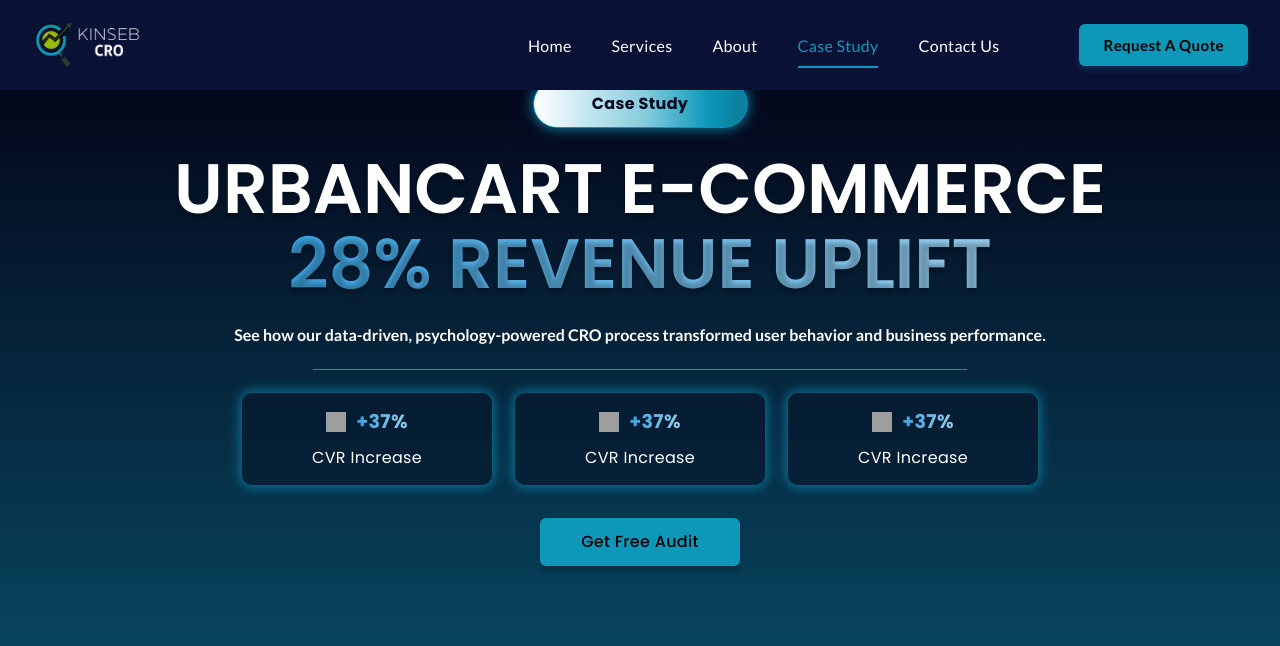
Repository: YahyaK01/kinseb
Page: /case-study
These files come from the project's save history. The page is drawn as it stood at one moment and after the next save; the edit follows.
The browser window is 1280 px wide. The pictures show the part of the page from y = 0 to 646 px (the page is 3752 px tall before and 3813 px after).
Pictures or frames that could not be fetched are drawn as grey boxes. The project was rebuilt for these pictures with package versions that can differ from the ones it lists, and the page was loaded fresh each time. Also part of the build but not shown: src/components/FAQ.js, src/components/CTA.jsx, src/components/MetricsSection.jsx, src/components/WhyCROMatter.jsx, src/components/Processsection.jsx, src/components/Hero.jsx, src/components/marquee.jsx, src/components/CEO.jsx and 33 more.

Above is the page before, as saved 2025-12-12 22:46:03.

### public/index.html
<!DOCTYPE html>
<html lang="en">
  <head>
    <meta charset="utf-8" />
    <link rel="icon" href="/images/website-logo.png" />
    <meta name="viewport" content="width=device-width, initial-scale=1" />
    <meta name="theme-color" content="#000000" />
    <meta
      name="description"
      content="Kinseb CRO - Your trusted partner for Conversion Rate Optimization. We specialize in data-driven CRO strategies, A/B testing, user experience optimization, and conversion funnel analysis to maximize your website's performance and ROI."
    />
    <meta name="keywords" content="conversion rate optimization, CRO services, A/B testing, conversion funnel optimization, user experience optimization, website optimization, Kinseb CRO, landing page optimization, conversion strategy, increase conversions" />
    <meta name="author" content="Kinseb CRO" />
    <meta property="og:title" content="Kinseb CRO - Conversion Rate Optimization Experts" />
    <meta property="og:description" content="Your trusted partner for data-driven Conversion Rate Optimization. We help businesses maximize their website conversions through strategic testing and optimization." />
    <meta property="og:image" content="/images/website-logo.png" />
    <meta property="og:type" content="website" />
    <meta name="twitter:card" content="summary_large_image" />
    <meta name="twitter:title" content="Kinseb CRO - Conversion Rate Optimization Experts" />
    <meta name="twitter:description" content="Your trusted partner for data-driven Conversion Rate Optimization. Turn more visitors into customers with strategic testing and optimization." />
    <meta name="twitter:image" content="/images/logo.png" />
    <link rel="apple-touch-icon" href="/images/logo.png" />

    <!-- Preconnect to Google Fonts (speeds up font loading) -->
    <link rel="preconnect" href="https://fonts.googleapis.com">
    <link rel="preconnect" href="https://fonts.gstatic.com" crossorigin>

    <!-- Async load fonts (non-blocking - won't delay page render) -->
    <link rel="preload" as="style" href="https://fonts.googleapis.com/css2?family=Poppins:wght@300;400;500;600;700&display=swap" onload="this.onload=null;this.rel='stylesheet'">
    <link rel="preload" as="style" href="https://fonts.googleapis.com/css2?family=Lato:wght@100;300;400;700;900&display=swap" onload="this.onload=null;this.rel='stylesheet'">

    <!-- Fallback for browsers without JavaScript -->
    <noscript>
      <link rel="stylesheet" href="https://fonts.googleapis.com/css2?family=Poppins:wght@300;400;500;600;700&display=swap">
      <link rel="stylesheet" href="https://fonts.googleapis.com/css2?family=Lato:wght@100;300;400;700;900&display=swap">
    </noscript>

    <!--
      manifest.json provides metadata used when your web app is installed on a
      user's mobile device or desktop. See https://developers.google.com/web/fundamentals/web-app-manifest/
    -->
    <link rel="manifest" href="%PUBLIC_URL%/manifest.json" />
    <!--
      Notice the use of %PUBLIC_URL% in the tags above.
      It will be replaced with the URL of the `public` folder during the build.
      Only files inside the `public` folder can be referenced from the HTML.

      Unlike "/favicon.ico" or "favicon.ico", "%PUBLIC_URL%/favicon.ico" will
      work correctly both with client-side routing and a non-root public URL.
      Learn how to configure a non-root public URL by running `npm run build`.
    -->
    <title>Kinseb CRO - Conversion Rate Optimization Experts</title>
  </head>
  <body>
    <noscript>You need to enable JavaScript to run this app.</noscript>
    <div id="root"></div>
    <!--
      This HTML file is a template.
      If you open it directly in the browser, you will see an empty page.

      You can add webfonts, meta tags, or analytics to this file.
      The build step will place the bundled scripts into the <body> tag.

      To begin the development, run `npm start` or `yarn start`.
      To create a production bundle, use `npm run build` or `yarn build`.
    -->
  </body>
</html>

### src/components/casestudieshero.jsx
// components/CaseStudyHero.jsx
import React, { useState, useEffect, useRef } from 'react';

const CaseStudyHero = ({ slug }) => {
  const [windowWidth, setWindowWidth] = useState(window.innerWidth);
  const [isLoaded, setIsLoaded] = useState(false);
  const heroRef = useRef(null);

  const heroData = {
    'personalization-engine-transforms-user-experience': {
      category: 'Case Study',
      title: 'PERSONALIZATION ENGINE TRANSFORMS USER EXPERIENCE',
      titleHighlight: '37% CONVERSION RATE',
      subtitle: 'See how our data-driven, psychology-powered CRO process transformed user behavior and business performance.',
      metrics: [
        { value: '+37%', label: 'CVR Increase', icon: 'images/icons/chart-icon.png' },
        { value: '+156%', label: 'Revenue Growth', icon: 'images/icons/chart-icon.png' },
        { value: '2.3x', label: 'User Engagement', icon: 'images/icons/chart-icon.png' }
      ]
    },
    'e-commerce-revenue-uplift-through-testing': {
      category: 'Case Study',
      title: 'URBANCART E-COMMERCE',
      titleHighlight: '28% REVENUE UPLIFT',
      subtitle: 'See how our data-driven, psychology-powered CRO process transformed user behavior and business performance.',
      metrics: [
        { value: '+37%', label: 'CVR Increase', icon: 'images/icons/chart-icon.png' },
        { value: '+37%', label: 'CVR Increase', icon: 'images/icons/chart-icon.png' },
        { value: '+37%', label: 'CVR Increase', icon: 'images/icons/chart-icon.png' }
      ]
    },
    'saas-lead-generation-conversion-breakthrough': {
      category: 'Case Study',
      title: 'SAAS LEAD GENERATION',
      titleHighlight: '3X CONVERSION BREAKTHROUGH',
      subtitle: 'See how our data-driven, psychology-powered CRO process transformed user behavior and business performance.',
      metrics: [
        { value: '3x', label: 'Lead Generation', icon: 'images/icons/chart-icon.png' },
        { value: '+214%', label: 'Form Conversion', icon: 'images/icons/chart-icon.png' },
        { value: '-47%', label: 'Cost Per Lead', icon: 'images/icons/chart-icon.png' }
      ]
    },
    'fashion-retailer-cart-abandonment-solution': {
      category: 'Case Study',
      title: 'FASHION RETAILER',
      titleHighlight: 'CART ABANDONMENT SOLUTION',
      subtitle: 'See how our data-driven, psychology-powered CRO process transformed user behavior and business performance.',
      metrics: [
        { value: '-68%', label: 'Cart Abandonment', icon: 'images/icons/chart-icon.png' },
        { value: '+42%', label: 'Checkout Completion', icon: 'images/icons/chart-icon.png' },
        { value: '$2.3M', label: 'Revenue Recovered', icon: 'images/icons/chart-icon.png' }
      ]
    },
    'mobile-app-engagement-revolution': {
      category: 'Case Study',
      title: 'MOBILE APP',
      titleHighlight: 'ENGAGEMENT REVOLUTION',
      subtitle: 'See how our data-driven, psychology-powered CRO process transformed user behavior and business performance.',
      metrics: [
        { value: '2.3x', label: 'User Retention', icon: 'images/icons/chart-icon.png' },
        { value: '+128%', label: '30-Day Retention', icon: 'images/icons/chart-icon.png' },
        { value: '+141%', label: 'Daily Active Users', icon: 'images/icons/chart-icon.png' }
      ]
    },
    'enterprise-pipeline-growth-strategy': {
      category: 'Case Study',
      title: 'ENTERPRISE PIPELINE',
      titleHighlight: '+179% GROWTH STRATEGY',
      subtitle: 'See how our data-driven, psychology-powered CRO process transformed user behavior and business performance.',
      metrics: [
        { value: '+179%', label: 'Pipeline Growth', icon: 'images/icons/chart-icon.png' },
        { value: '-25%', label: 'Sales Cycle Length', icon: 'images/icons/chart-icon.png' },
        { value: '+35%', label: 'Close Rate', icon: 'images/icons/chart-icon.png' }
      ]
    }
  };

  const data = heroData[slug] || heroData['e-commerce-revenue-uplift-through-testing'];

  useEffect(() => {
    const handleResize = () => {
      setWindowWidth(window.innerWidth);
    };
    window.addEventListener('resize', handleResize);
    return () => window.removeEventListener('resize', handleResize);
  }, []);

  useEffect(() => {
    const observer = new IntersectionObserver(
      (entries) => {
        entries.forEach((entry) => {
          if (entry.isIntersecting) {
            setIsLoaded(true);
          }
        });
      },
      { threshold: 0.1 }
    );

    if (heroRef.current) {
      observer.observe(heroRef.current);
    }

    return () => {
      if (heroRef.current) {
        observer.unobserve(heroRef.current);
      }
    };
  }, []);

  return (
    <div
      ref={heroRef}
      style={{
        width: '100%',
        minHeight: windowWidth <= 768 ? '500px' : '616px',
        background: 'linear-gradient(180deg, #04091D 16.18%, #0D98BA 219.08%)',
        display: 'flex',
        justifyContent: 'center',
        alignItems: 'center',
        padding: windowWidth <= 768 ? '60px 20px' : '80px 40px',
        position: 'relative',
        overflow: 'hidden'
      }}
    >
      {/* Main Content Container */}
      <div style={{
        display: 'flex',
        flexDirection: 'column',
        justifyContent: 'center',
        alignItems: 'center',
        padding: '0px',
        gap: '23px',
        width: '100%',
        maxWidth: '954px',
        opacity: isLoaded ? 1 : 0,
        transform: isLoaded ? 'translateY(0)' : 'translateY(30px)',
        transition: 'opacity 0.8s ease-out, transform 0.8s ease-out'
      }}>
        {/* Case Study Badge */}
        <div style={{
          boxSizing: 'border-box',
          display: 'flex',
          justifyContent: 'center',
          alignItems: 'center',
          padding: '10px 24px',
          width: windowWidth <= 768 ? '180px' : '215px',
          height: '48px',
          background: 'linear-gradient(90deg, #FFFFFF 0%, #85CCDD 52.41%, #0D98BA 81.55%, #0B829F 95.26%)',
          border: '1px solid #0D94BB',
          boxShadow: '0px 0px 12px 2px rgba(13, 148, 187, 0.7)',
          borderRadius: '25px',
          cursor: 'default',
          opacity: isLoaded ? 1 : 0,
          transition: 'opacity 0.8s ease-out 0.2s'
        }}>
          <span style={{
            fontFamily: "'Poppins', sans-serif",
            fontWeight: 700,
            fontSize: '16px',
            lineHeight: '24px',
            letterSpacing: '0.02em',
            color: '#04091D'
          }}>
            {data.category}
          </span>
        </div>

        {/* Main Title */}
        <h1 style={{
          width: '100%',
          fontFamily: "'Poppins', sans-serif",
          fontWeight: 600,
          fontSize: windowWidth <= 768 ? '32px' : windowWidth <= 1024 ? '50px' : '70px',
          lineHeight: windowWidth <= 768 ? '38px' : windowWidth <= 1024 ? '56px' : '75px',
          textAlign: 'center',
          textTransform: 'uppercase',
          color: '#FFFFFF',
          textShadow: '0px 4px 4px rgba(0, 0, 0, 0.25)',
          margin: 0,
          opacity: isLoaded ? 1 : 0,
          transition: 'opacity 0.8s ease-out 0.3s'
        }}>
          {data.title}
          <br />
          <span style={{
            background: 'linear-gradient(263.69deg, #FFFFFF -108.11%, #3AA1DE 98.19%)',
            WebkitBackgroundClip: 'text',
            WebkitTextFillColor: 'transparent',
            backgroundClip: 'text'
          }}>
            {data.titleHighlight}
          </span>
        </h1>

        {/* Subtitle */}
        <p style={{
          width: '100%',
          maxWidth: '862px',
          fontFamily: "'Lato', sans-serif",
          fontWeight: 600,
          fontSize: windowWidth <= 768 ? '14px' : '16px',
          lineHeight: '22px',
          textAlign: 'center',
          color: '#FFFFFF',
          margin: 0,
          opacity: isLoaded ? 1 : 0,
          transition: 'opacity 0.8s ease-out 0.4s'
        }}>
          {data.subtitle}
        </p>

        {/* Divider Line */}
        <div style={{
          width: windowWidth <= 768 ? '80%' : '654px',
          height: '1px',
          background: '#0D98BA',
          borderRadius: '10px',
          opacity: isLoaded ? 1 : 0,
          transition: 'opacity 0.8s ease-out 0.5s'
        }} />

        {/* Metrics Cards */}
        <div style={{
          display: 'flex',
          flexDirection: windowWidth <= 768 ? 'column' : 'row',
          alignItems: windowWidth <= 768 ? 'center' : 'flex-start',
          padding: '0px',
          gap: '23px',
          width: '100%',
          maxWidth: windowWidth <= 768 ? '320px' : '796px',
          justifyContent: 'center'
        }}>
          {data.metrics.map((metric, index) => (
            <div
              key={index}
              style={{
                display: 'flex',
                flexDirection: 'column',
                justifyContent: 'center',
                alignItems: 'center',
                padding: '15px 20px',
                gap: '10px',
                width: windowWidth <= 768 ? '100%' : '250px',
                maxWidth: '250px',
                minHeight: '54px',
                background: 'rgba(4, 9, 29, 0.4)',
                boxShadow: '0px 0px 12px 2px rgba(13, 148, 187, 0.7)',
                borderRadius: '10px',
                opacity: isLoaded ? 1 : 0,
                transform: isLoaded ? 'translateY(0)' : 'translateY(20px)',
                transition: `opacity 0.8s ease-out ${0.6 + index * 0.1}s, transform 0.8s ease-out ${0.6 + index * 0.1}s`
              }}
            >
              {/* Icon and Value Row */}
              <div style={{
                display: 'flex',
                flexDirection: 'row',
                justifyContent: 'center',
                alignItems: 'center',
                padding: '0px',
                gap: '10px'
              }}>
                <img
                  src={metric.icon}
                  alt="Chart Icon"
                  style={{
                    width: '20px',
                    height: '20px'
                  }}
                  onError={(e) => {
                    e.currentTarget.style.display = 'none';
                  }}
                />
                <span style={{
                  fontFamily: "'Poppins', sans-serif",
                  fontWeight: 700,
                  fontSize: '19px',
                  lineHeight: '28px',
                  letterSpacing: '0.02em',
                  background: 'linear-gradient(263.69deg, #FFFFFF -108.11%, #3AA1DE 98.19%)',
                  WebkitBackgroundClip: 'text',
                  WebkitTextFillColor: 'transparent',
                  backgroundClip: 'text'
                }}>
                  {metric.value}
                </span>
              </div>

              {/* Label */}
              <span style={{
                fontFamily: "'Poppins', sans-serif",
                fontWeight: 400,
                fontSize: '16px',
                lineHeight: '24px',
                textAlign: 'center',
                letterSpacing: '0.02em',
                color: '#FFFFFF'
              }}>
                {metric.label}
              </span>
            </div>
          ))}
        </div>

        {/* Get Free Audit Button */}
        <button
          onClick={() => window.scrollTo({ top: document.body.scrollHeight, behavior: 'smooth' })}
          style={{
            display: 'flex',
            flexDirection: 'row',
            justifyContent: 'center',
            alignItems: 'center',
            padding: '10px 24px',
            gap: '10px',
            width: windowWidth <= 768 ? '180px' : '200px',
            height: '48px',
            background: '#0D98BA',
            boxShadow: '0px 4px 4px rgba(0, 0, 0, 0.25)',
            borderRadius: '6px',
            border: 'none',
            cursor: 'pointer',
            transition: 'all 0.3s ease',
            opacity: isLoaded ? 1 : 0,
            transform: isLoaded ? 'translateY(0)' : 'translateY(20px)',
            marginTop: '10px'
          }}
          onMouseEnter={(e) => {
            e.currentTarget.style.background = '#0B7A94';
            e.currentTarget.style.transform = 'translateY(-2px)';
            e.currentTarget.style.boxShadow = '0px 6px 8px rgba(0, 0, 0, 0.3)';
          }}
          onMouseLeave={(e) => {
            e.currentTarget.style.background = '#0D98BA';
            e.currentTarget.style.transform = 'translateY(0)';
            e.currentTarget.style.boxShadow = '0px 4px 4px rgba(0, 0, 0, 0.25)';
          }}
        >
          <span style={{
            fontFamily: "'Poppins', sans-serif",
            fontWeight: 500,
            fontSize: '16px',
            lineHeight: '24px',
            letterSpacing: '0.02em',
            color: '#000000'
          }}>
            Get Free Audit
          </span>
        </button>
      </div>
    </div>
  );
};

export default CaseStudyHero;

Loaded but not shown: src/index.js (common file); src/index.css (common file); src/reportWebVitals.js (common file); src/components/Footer.js (596 lines, source omitted); src/App.js (29 lines, source omitted); src/utils/slugify.js (17 lines, source omitted); src/Pages/CaseStudyPage.js (19 lines, source omitted); src/components/Navbar.jsx (1589 lines, source omitted); src/components/ContactForm.jsx (880 lines, source omitted); src/components/CaaseStudiesServices.jsx (429 lines, source omitted); src/components/CaseStudiesStats.jsx (298 lines, source omitted); src/components/CaseStudiesCta.jsx (175 lines, source omitted)

After the next save:
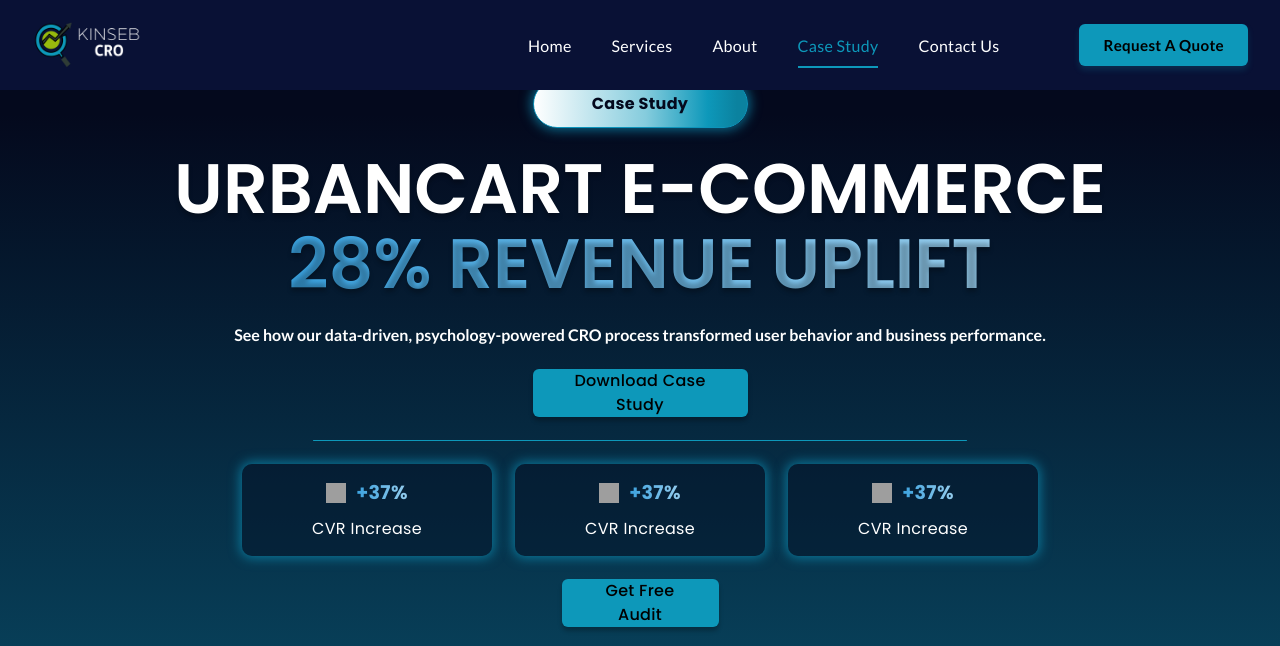
Saved 3 min 11 s later.
--- a/src/components/casestudieshero.jsx
+++ b/src/components/casestudieshero.jsx
@@ -108,12 +108,17 @@
     };
   }, []);
 
+  const handleDownloadCaseStudy = () => {
+    // Download functionality here
+    alert('Download case study');
+  };
+
   return (
     <div
       ref={heroRef}
       style={{
         width: '100%',
-        minHeight: windowWidth <= 768 ? '500px' : '616px',
+        minHeight: windowWidth <= 768 ? '600px' : '616px',
         background: 'linear-gradient(180deg, #04091D 16.18%, #0D98BA 219.08%)',
         display: 'flex',
         justifyContent: 'center',
@@ -209,6 +214,50 @@
         }}>
           {data.subtitle}
         </p>
+
+        {/* Download Case Study Button - Moved Up */}
+        <button
+          onClick={handleDownloadCaseStudy}
+          style={{
+            display: 'flex',
+            flexDirection: 'row',
+            justifyContent: 'center',
+            alignItems: 'center',
+            padding: '10px 24px',
+            gap: '10px',
+            width: windowWidth <= 768 ? '200px' : '215px',
+            height: '48px',
+            background: '#0D98BA',
+            boxShadow: '0px 4px 4px rgba(0, 0, 0, 0.25)',
+            borderRadius: '6px',
+            border: 'none',
+            cursor: 'pointer',
+            transition: 'all 0.3s ease',
+            opacity: isLoaded ? 1 : 0,
+            transform: isLoaded ? 'translateY(0)' : 'translateY(20px)'
+          }}
+          onMouseEnter={(e) => {
+            e.currentTarget.style.background = '#0B7A94';
+            e.currentTarget.style.transform = 'translateY(-2px)';
+            e.currentTarget.style.boxShadow = '0px 6px 8px rgba(0, 0, 0, 0.3)';
+          }}
+          onMouseLeave={(e) => {
+            e.currentTarget.style.background = '#0D98BA';
+            e.currentTarget.style.transform = 'translateY(0)';
+            e.currentTarget.style.boxShadow = '0px 4px 4px rgba(0, 0, 0, 0.25)';
+          }}
+        >
+          <span style={{
+            fontFamily: "'Poppins', sans-serif",
+            fontWeight: 500,
+            fontSize: '16px',
+            lineHeight: '24px',
+            letterSpacing: '0.02em',
+            color: '#000000'
+          }}>
+            Download Case Study
+          </span>
+        </button>
 
         {/* Divider Line */}
         <div style={{
@@ -303,7 +352,7 @@
           ))}
         </div>
 
-        {/* Get Free Audit Button */}
+        {/* Get Free Audit Button - New Bottom Button */}
         <button
           onClick={() => window.scrollTo({ top: document.body.scrollHeight, behavior: 'smooth' })}
           style={{
@@ -313,7 +362,7 @@
             alignItems: 'center',
             padding: '10px 24px',
             gap: '10px',
-            width: windowWidth <= 768 ? '180px' : '200px',
+            width: '157px',
             height: '48px',
             background: '#0D98BA',
             boxShadow: '0px 4px 4px rgba(0, 0, 0, 0.25)',
@@ -322,8 +371,7 @@
             cursor: 'pointer',
             transition: 'all 0.3s ease',
             opacity: isLoaded ? 1 : 0,
-            transform: isLoaded ? 'translateY(0)' : 'translateY(20px)',
-            marginTop: '10px'
+            transform: isLoaded ? 'translateY(0)' : 'translateY(20px)'
           }}
           onMouseEnter={(e) => {
             e.currentTarget.style.background = '#0B7A94';
